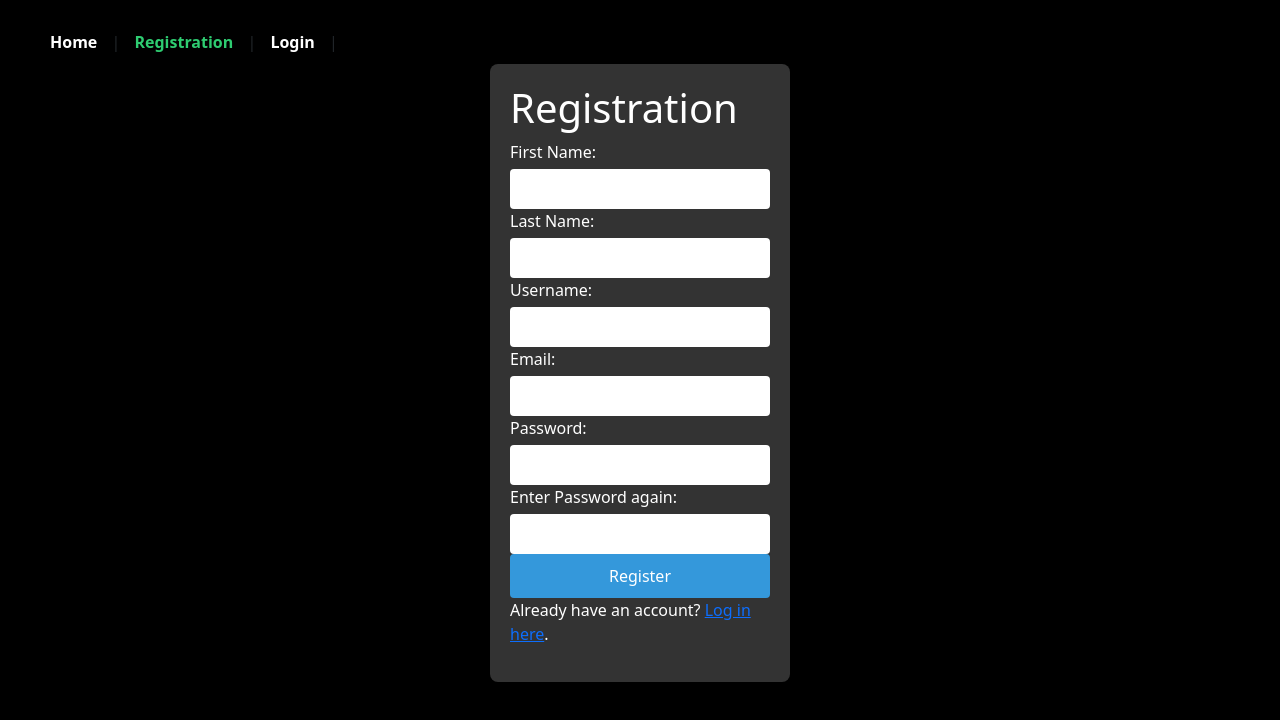
Repository: ag1372/RutgersHealthHackathon
Page: /registration (app in ruhealthhack/)
These files come from the project's save history. The page is drawn as it stood at one moment and after the next save; the edit follows.
The browser window is 1280 px wide. The pictures show the whole page.
The project was rebuilt for these pictures with package versions that can differ from the ones it lists, and the page was loaded fresh each time. Also part of the build but not shown: ruhealthhack/vue.config.js, ruhealthhack/views/Home.vue, ruhealthhack/views/Login.vue.

Above is the page before, as saved 2023-11-04 17:32:29.

After the next save:
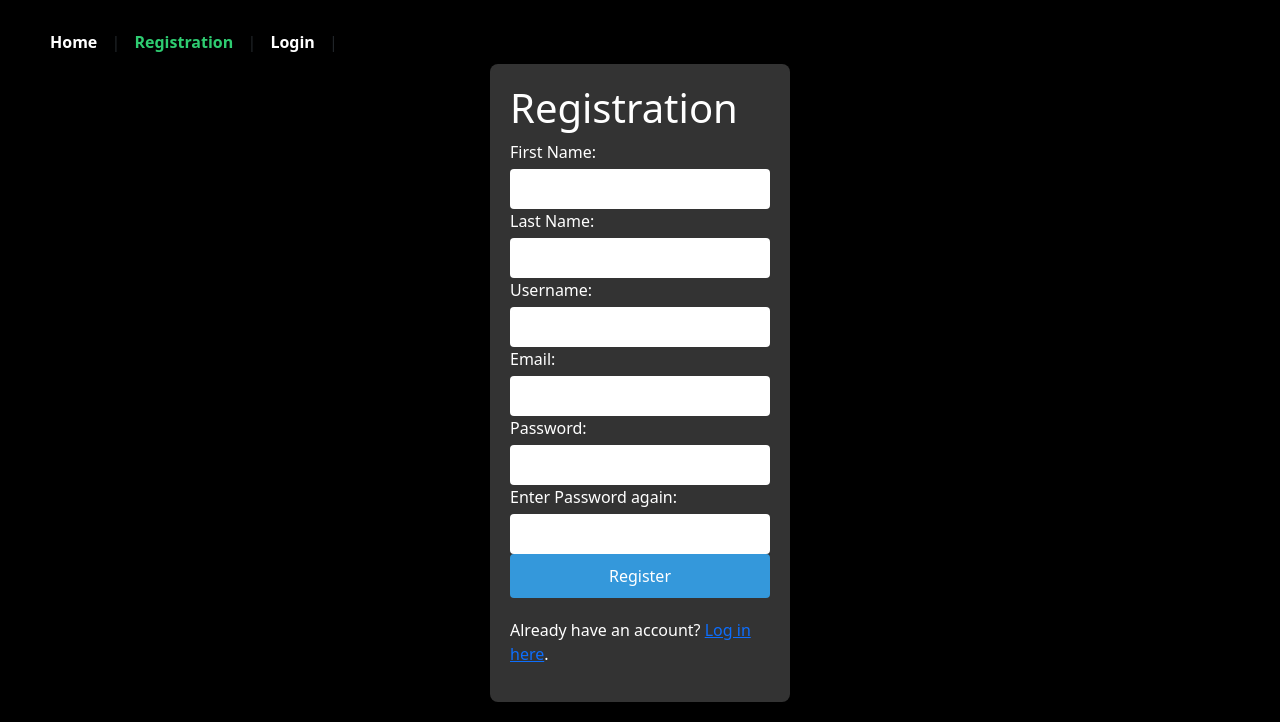
Saved 18 min 44 s later.
--- a/ruhealthhack/stylesheets/RegistrationStyles.css
+++ b/ruhealthhack/stylesheets/RegistrationStyles.css
@@ -31,6 +31,7 @@
     padding: 10px;
     border: none;
     border-radius: 4px;
+    margin-bottom: 20px; /* Add some space below the button */
     background-color: #3498db;
     color: white;
     cursor: pointer;
